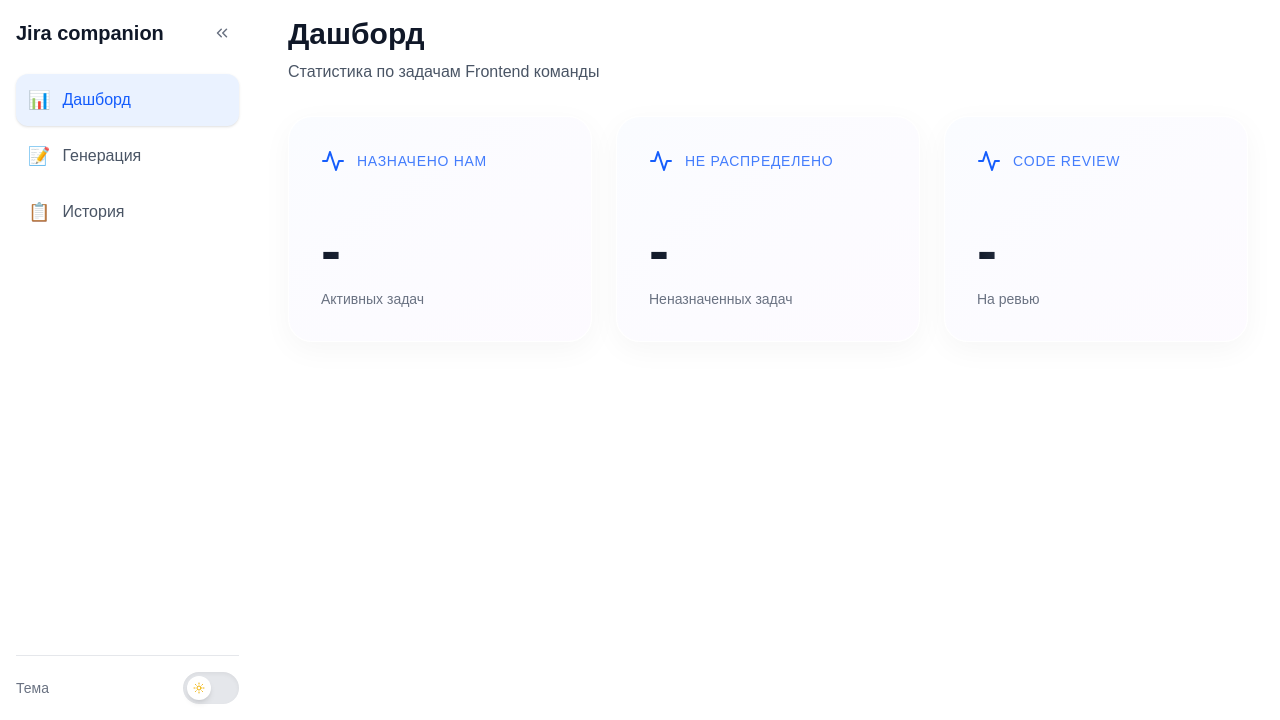
Repository: iposho/jira-ai-companion
Page: /
An editor plug-in stored every save of this project. The page is shown before and after the next save, followed by the edit.
The browser window is 1280 px wide. The pictures show the whole page.
The page's requests for data from a server got no answer. The project was rebuilt for these pictures with package versions that can differ from the ones it lists, and the page was loaded fresh each time. The framework's server and built-in components were replaced by stand-ins that run in the browser. No one was signed in, and anything a server would have sent is missing. Also part of the build but not shown: next.config.ts.

Above is the page before, as saved 2026-01-04 05:37:21.

After the next save:
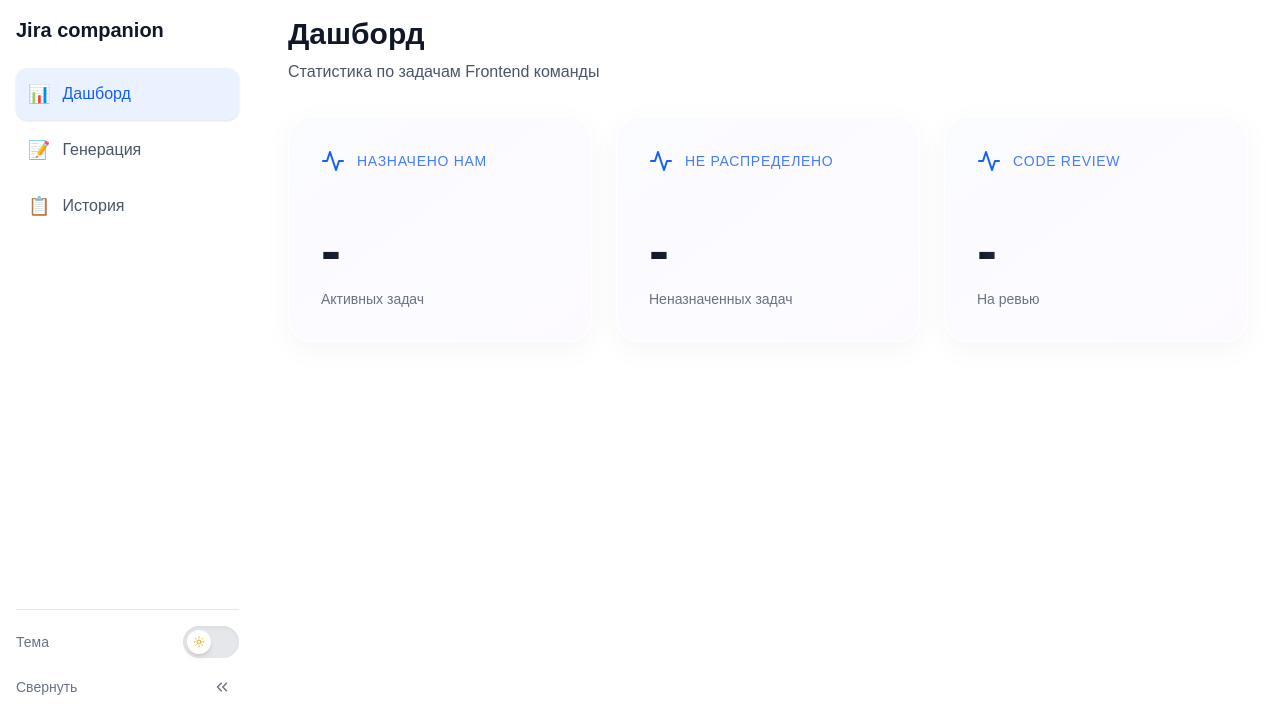
Saved 40 h 42 min later.
--- a/src/widgets/sidebar/ui/sidebar.tsx
+++ b/src/widgets/sidebar/ui/sidebar.tsx
@@ -24,6 +24,30 @@
     return pathname.startsWith(href) && (pathname === href || pathname.startsWith(href + '/'));
   };
 
+  const ToggleButton = () => (
+    <button
+      onClick={onToggle}
+      className="hidden md:flex p-2 rounded-lg text-gray-500 hover:text-gray-700 dark:text-gray-400 dark:hover:text-gray-200 hover:bg-gray-100 dark:hover:bg-white/10 transition-all"
+      title={collapsed ? 'Развернуть' : 'Свернуть'}
+    >
+      <svg
+        xmlns="http://www.w3.org/2000/svg"
+        width="18"
+        height="18"
+        viewBox="0 0 24 24"
+        fill="none"
+        stroke="currentColor"
+        strokeWidth="2"
+        strokeLinecap="round"
+        strokeLinejoin="round"
+        className={`transition-transform duration-300 ${collapsed ? 'rotate-180' : ''}`}
+      >
+        <path d="m11 17-5-5 5-5" />
+        <path d="m18 17-5-5 5-5" />
+      </svg>
+    </button>
+  );
+
   return (
     <aside
       className={`fixed left-0 top-0 h-screen bg-white/80 dark:bg-black/60 backdrop-blur-xl border-r border-white/20 dark:border-white/10 p-4 flex flex-col z-50 transition-all duration-300 ${
@@ -39,27 +63,9 @@
             </h1>
           </div>
         )}
-        <button
-          onClick={onToggle}
-          className="hidden md:flex p-2 rounded-lg text-gray-500 hover:text-gray-700 dark:text-gray-400 dark:hover:text-gray-200 hover:bg-gray-100 dark:hover:bg-white/10 transition-all"
-          title={collapsed ? 'Развернуть' : 'Свернуть'}
-        >
-          <svg
-            xmlns="http://www.w3.org/2000/svg"
-            width="18"
-            height="18"
-            viewBox="0 0 24 24"
-            fill="none"
-            stroke="currentColor"
-            strokeWidth="2"
-            strokeLinecap="round"
-            strokeLinejoin="round"
-            className={`transition-transform duration-300 ${collapsed ? 'rotate-180' : ''}`}
-          >
-            <path d="m11 17-5-5 5-5" />
-            <path d="m18 17-5-5 5-5" />
-          </svg>
-        </button>
+        {collapsed && (
+          <span className="text-xl font-bold text-gray-900 dark:text-white">JC</span>
+        )}
         {/* Mobile close button */}
         {onClose && (
           <button
@@ -97,15 +103,24 @@
         })}
       </nav>
 
-      {/* Footer */}
-      <div className={`pt-4 border-t border-gray-200 dark:border-gray-700 ${collapsed ? 'flex justify-center' : ''}`}>
+      {/* Footer with Theme Toggle and Collapse Button */}
+      <div className={`pt-4 border-t border-gray-200 dark:border-gray-700 space-y-3`}>
         {!collapsed ? (
-          <div className="flex items-center justify-between">
-            <span className="text-sm text-gray-500 dark:text-gray-400">Тема</span>
+          <>
+            <div className="flex items-center justify-between">
+              <span className="text-sm text-gray-500 dark:text-gray-400">Тема</span>
+              <ThemeToggle />
+            </div>
+            <div className="flex items-center justify-between">
+              <span className="text-sm text-gray-500 dark:text-gray-400">Свернуть</span>
+              <ToggleButton />
+            </div>
+          </>
+        ) : (
+          <div className="flex flex-col items-center gap-3">
             <ThemeToggle />
+            <ToggleButton />
           </div>
-        ) : (
-          <ThemeToggle />
         )}
       </div>
     </aside>
